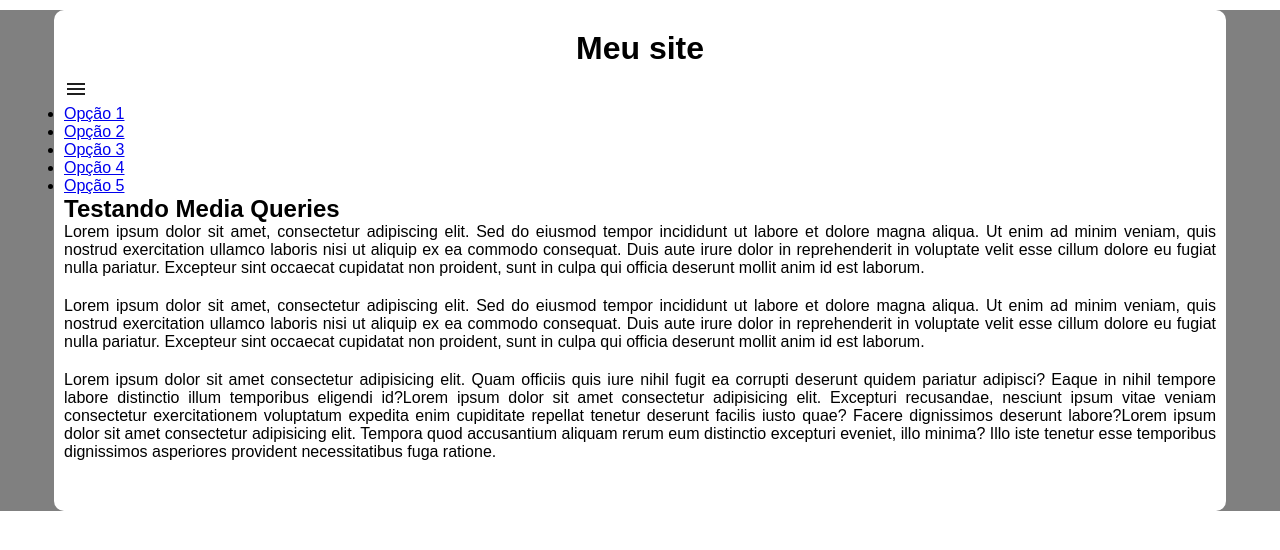
Repository: Sandro1969-tech/menu-hamburger
Page: index.html
The author's editor kept a copy of each file at every save. The page is drawn from the files as they stood at one save, then again after a run of saves.
The browser window is 1280 px wide. The pictures show the whole page.

Above is the page before, as saved 2025-12-25 18:52:19.

After the next 2 saves:
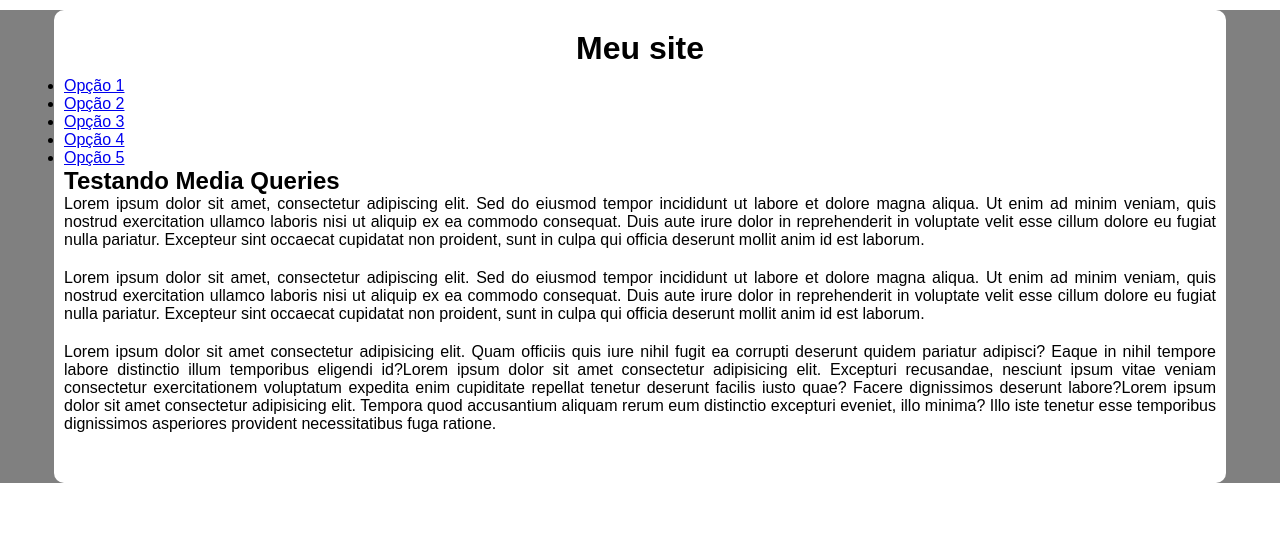
The 2 saves are shown as one change because they came seconds apart.
The last was saved 2 min 0 s later.
--- a/index.html
+++ b/index.html
@@ -10,7 +10,7 @@
   <header>
     <main>
             <h1>Meu site</h1>
-            <img src="image/iconmenu.png" alt="menu" class="menu-icon"
+            <a<img src="image/iconmenu.png" alt="menu" class="menu-icon"
 
 
 
